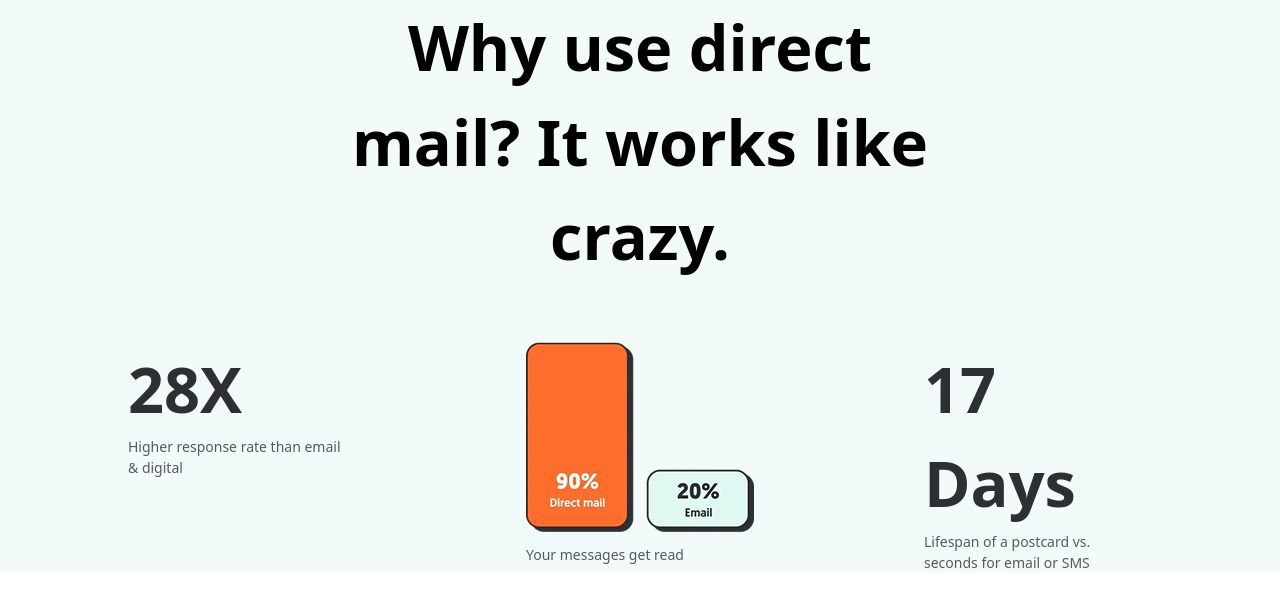
Repository: trusha97/postpilot
Page: mailsende.html
These files come from the project's save history. The page is drawn as it stood at one moment and after the next save; the edit follows.
The browser window is 1280 px wide. The pictures show the whole page.
Some web libraries are served in a nearby version.

Above is the page before, as saved 2025-05-21 14:58:45.

### mailsende.html
<!DOCTYPE html>
<html lang="en">

<head>
    <meta charset="UTF-8" />
    <meta name="viewport" content="width=device-width, initial-scale=1.0" />
    <title>mail send</title>
    <!-- Tailwind CSS CDN -->
    <script src="https://cdn.tailwindcss.com"></script>
</head>

<body>
    <div class="bg-[#F3FAFA]">
        <div>
            <p class="text-[63px] max-w-[615px] text-center mx-auto font-bold">Why use direct mail?
                It <span>works</span> like crazy.</p>
        </div>
        <div
            class=" flex gap-[170px] mx-auto justify-center mt-[58px]">
            <div class="w-[33.33%] max-w-[228px]">
                <h2 class="text-[63px] font-[700] text-[#2E2F35] max-md:text-[50px] max-sm:text-[30px]">28X</h2>
                <p class="text-[14px] font-[500] text-[#58595D]">Higher response rate than email<br>&
                    digital
                </p>
            </div>
            <div class="w-[33.33%] max-w-[228px]">
                <img src="Assets/images/emailmobile.png">
                <p class="text-[14px] font-[500] text-[#58595D]">Your messages get read</p>
            </div>
            <div class="w-[33.33%] max-w-[228px]">
                <h2 class="text-[63px] font-[700] text-[#2E2F35] max-md:text-[50px] max-sm:text-[30px]"">17 Days</h2>
                        <p class=" text-[14px] font-[500] text-[#58595D]">Lifespan of a postcard vs.<br>seconds
                    for email
                    or SMS</p>
            </div>
        </div>
    </div>
</body>

</html>

After the next save:
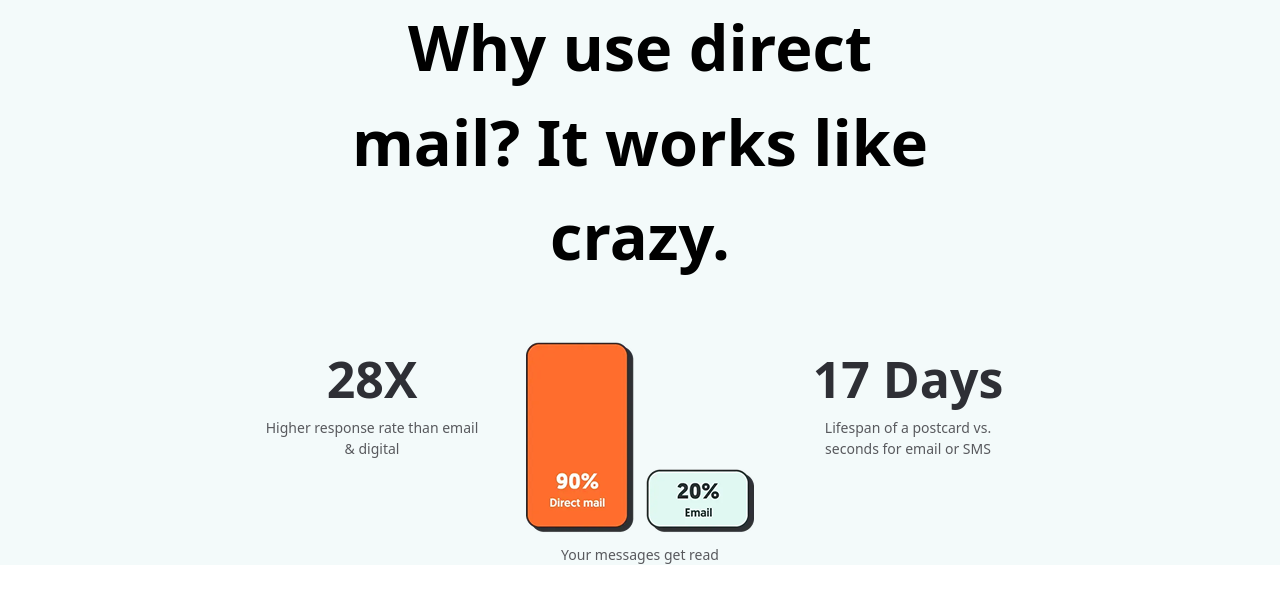
Saved 113 s later.
--- a/mailsende.html
+++ b/mailsende.html
@@ -15,25 +15,25 @@
             <p class="text-[63px] max-w-[615px] text-center mx-auto font-bold">Why use direct mail?
                 It <span>works</span> like crazy.</p>
         </div>
-        <div
-            class=" flex gap-[170px] mx-auto justify-center mt-[58px]">
-            <div class="w-[33.33%] max-w-[228px]">
-                <h2 class="text-[63px] font-[700] text-[#2E2F35] max-md:text-[50px] max-sm:text-[30px]">28X</h2>
-                <p class="text-[14px] font-[500] text-[#58595D]">Higher response rate than email<br>&
-                    digital
-                </p>
-            </div>
-            <div class="w-[33.33%] max-w-[228px]">
-                <img src="Assets/images/emailmobile.png">
-                <p class="text-[14px] font-[500] text-[#58595D]">Your messages get read</p>
-            </div>
-            <div class="w-[33.33%] max-w-[228px]">
-                <h2 class="text-[63px] font-[700] text-[#2E2F35] max-md:text-[50px] max-sm:text-[30px]"">17 Days</h2>
-                        <p class=" text-[14px] font-[500] text-[#58595D]">Lifespan of a postcard vs.<br>seconds
-                    for email
-                    or SMS</p>
-            </div>
-        </div>
+<div class="flex flex-wrap justify-center gap-y-10 gap-x-10 mt-[58px] mx-auto max-w-6xl px-4">
+    <div class="w-full sm:w-[45%] md:w-[30%] max-w-[228px] text-center">
+        <h2 class="text-[63px] font-bold text-[#2E2F35] md:text-[50px] sm:text-[30px]">28X</h2>
+        <p class="text-[14px] font-medium text-[#58595D]">
+            Higher response rate than email<br>& digital
+        </p>
+    </div>
+    <div class="w-full sm:w-[45%] md:w-[30%] max-w-[228px] text-center">
+        <img src="Assets/images/emailmobile.png" class="mx-auto">
+        <p class="text-[14px] font-medium text-[#58595D]">Your messages get read</p>
+    </div>
+    <div class="w-full sm:w-[45%] md:w-[30%] max-w-[228px] text-center">
+        <h2 class="text-[63px] font-bold text-[#2E2F35] md:text-[50px] sm:text-[30px]">17 Days</h2>
+        <p class="text-[14px] font-medium text-[#58595D]">
+            Lifespan of a postcard vs.<br>seconds for email or SMS
+        </p>
+    </div>
+</div>
+
     </div>
 </body>
 
